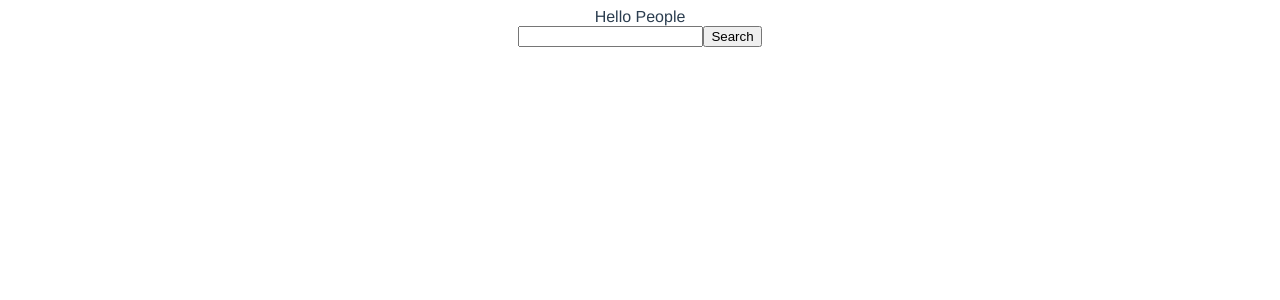
Repository: nilesjamex/vue2
Page: /
An editor plug-in stored every save of this project. The page is shown before and after the next save, followed by the edit.
The browser window is 1280 px wide. The pictures show the whole page.
The page's requests for data from a server got no answer. The project was rebuilt for these pictures with package versions that can differ from the ones it lists, and the page was loaded fresh each time. No one was signed in, and anything a server would have sent is missing. Also part of the build but not shown: src/views/details.vue.

Above is the page before, as saved 2022-02-04 23:31:15.

After the next save:
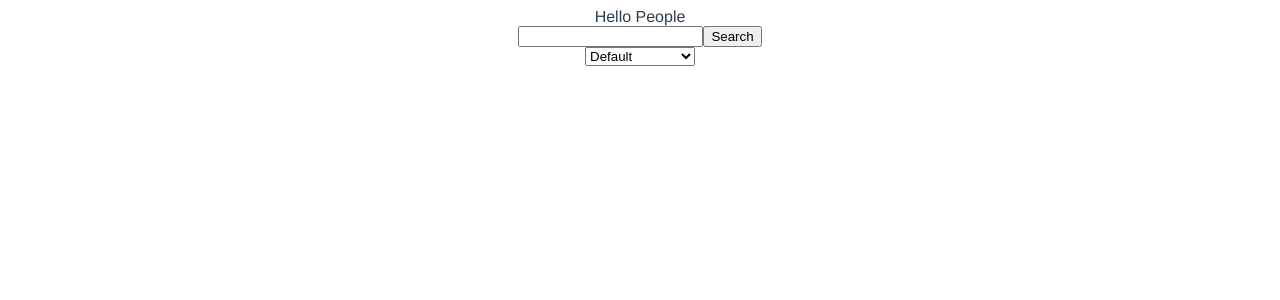
Saved 4 min 57 s later.
--- a/src/views/Home.vue
+++ b/src/views/Home.vue
@@ -8,6 +8,11 @@
     <input type="text" name="search" v-model="search" />
     <button type="submit">Search</button>
   </form>
+  <select name="" id="">
+    <option value="default">Default</option>
+    <option value="Breaking Bad">Breaking Bad</option>
+    <option value="Better Call Saul">Better call saul</option>
+  </select>
    <div class="charlist">
   <div class="gridlist" v-for="char in chars" :key="char.id">
     <div>
@@ -36,6 +41,7 @@
     return {
       url: 'https://www.breakingbadapi.com/api/characters?limit=10&offset=10',
       search: "",
+      class: "default",
       chars: []
     }
   },
